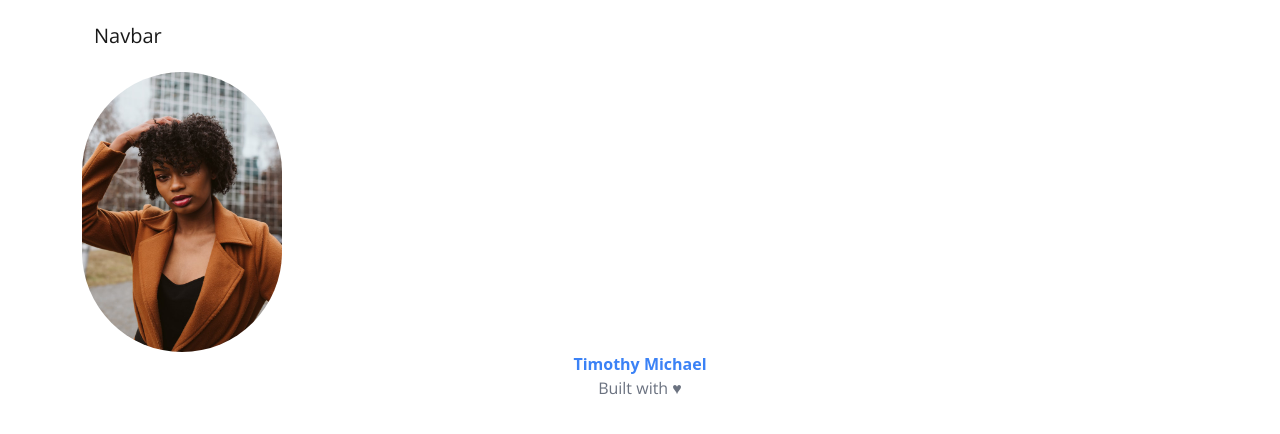
Repository: latenightsnacc/giggles
Page: HTML/CV.html
An editor plug-in stored every save of this project. The page is shown before and after the next save, followed by the edit.
The browser window is 1280 px wide. The pictures show the whole page.
Some web libraries are served in a nearby version.

Above is the page before, as saved 2021-01-04 14:58:00.

### HTML/CV.html
<!DOCTYPE html>
<html lang="en">
<head>
    <meta charset="UTF-8">
    <meta name="viewport" content="width=device-width, initial-scale=1.0">
    <link href="https://cdnjs.cloudflare.com/ajax/libs/tailwindcss/2.0.2/tailwind.min.css" rel="stylesheet">
    <link rel="stylesheet" href="https://stackpath.bootstrapcdn.com/font-awesome/4.7.0/css/font-awesome.min.css" />
    <link href="https://cdn.jsdelivr.net/npm/bootstrap@5.0.0-beta1/dist/css/bootstrap.min.css" rel="stylesheet" integrity="sha384-giJF6kkoqNQ00vy+HMDP7azOuL0xtbfIcaT9wjKHr8RbDVddVHyTfAAsrekwKmP1" crossorigin="anonymous">
    <link rel="stylesheet" href="stylesheet.css">
    <title>CV Page</title>
</head>
<body class="overflow-x-hidden">
    <!--Navigation-->
    <header class="container">
        <nav class="navbar navbar-expand-lg navbar-light bg-white py-3">
            <div class="container-fluid">
              <a class="navbar-brand" href="search.html">Navbar</a>
              <button class="navbar-toggler" type="button" data-bs-toggle="collapse" data-bs-target="#navbarNavDropdown" aria-controls="navbarNavDropdown" aria-expanded="false" aria-label="Toggle navigation">
                <span class="navbar-toggler-icon"></span>
              </button>
              <div class="collapse navbar-collapse" id="navbarNavDropdown">

              </div>
            </div>
        </nav>
    </header>
    <main>
        <!--CV Profile-->
        <div class="container">
            <div class="row">
                <div class="col-xs-12 col-sm-12 col-md-3 col-lg-3 col-xl-3">
                    <div >
                        <img class="rounded-full" src="assets/userDp.jpg" style="width:200px" alt="profile picture">
                    </div>
                </div>
                <div class="col-xs-12 col-sm-12 col-md-9 col-lg-9 col-xl-9"></div>
            </div>
        </div>
    </main>
    <footer class="text-center text-l text-blue-500 font-semibold">
        Timothy Michael
        <p class="text-gray-500">Built with &hearts;</p>
    </footer>

    <script src="https://cdn.jsdelivr.net/npm/bootstrap@5.0.0-beta1/dist/js/bootstrap.bundle.min.js" integrity="sha384-ygbV9kiqUc6oa4msXn9868pTtWMgiQaeYH7/t7LECLbyPA2x65Kgf80OJFdroafW" crossorigin="anonymous"></script>

</body>
</html>

### HTML/stylesheet.css
@import url('https://fonts.googleapis.com/css2?family=Montserrat:wght@400;700&family=Open+Sans:wght@300;400&display=swap');

h1, h2, h3, h4, h5, h6 {
    font-family: 'Montserrat', sans-serif;
}
.user-info h1 {
    line-height: 60px;
    font-size: 50px;
    font-weight: 700;
    margin-top: 20px;
}
.user-info h2 {
    line-height: 27px;
    font-size: 18px;
    font-weight: 400;
    margin-top: 15px;
}
.user-info span {
    line-height: 36px;
    font-size: 30px;
    font-weight: 600;
}
.user-info p {
    margin: 5px 0;
}
.user-info button {
    margin-top: 10px;
}
p, div, a, button {
    font-family: 'Open Sans', sans-serif;
    font-weight: 300;
}

.work-experience .row:hover .text {
    border:2px solid  #3b82f6;

}
.work-experience .row:hover .flex .no {
    border:1px solid #3b82f6;

}
.nav-link {
    color: #3b82f6 !important;
}
.nav-item .active{
    font-weight: 600;
}

After the next save:
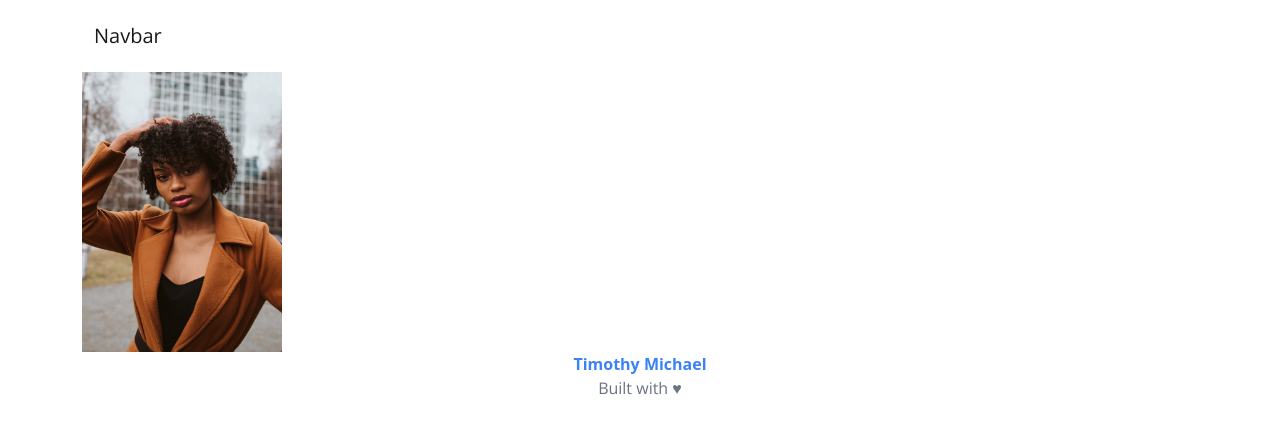
Saved 16 s later.
--- a/HTML/CV.html
+++ b/HTML/CV.html
@@ -30,7 +30,7 @@
             <div class="row">
                 <div class="col-xs-12 col-sm-12 col-md-3 col-lg-3 col-xl-3">
                     <div >
-                        <img class="rounded-full" src="assets/userDp.jpg" style="width:200px" alt="profile picture">
+                        <img src="assets/userDp.jpg" style="width:200px" alt="profile picture">
                     </div>
                 </div>
                 <div class="col-xs-12 col-sm-12 col-md-9 col-lg-9 col-xl-9"></div>
